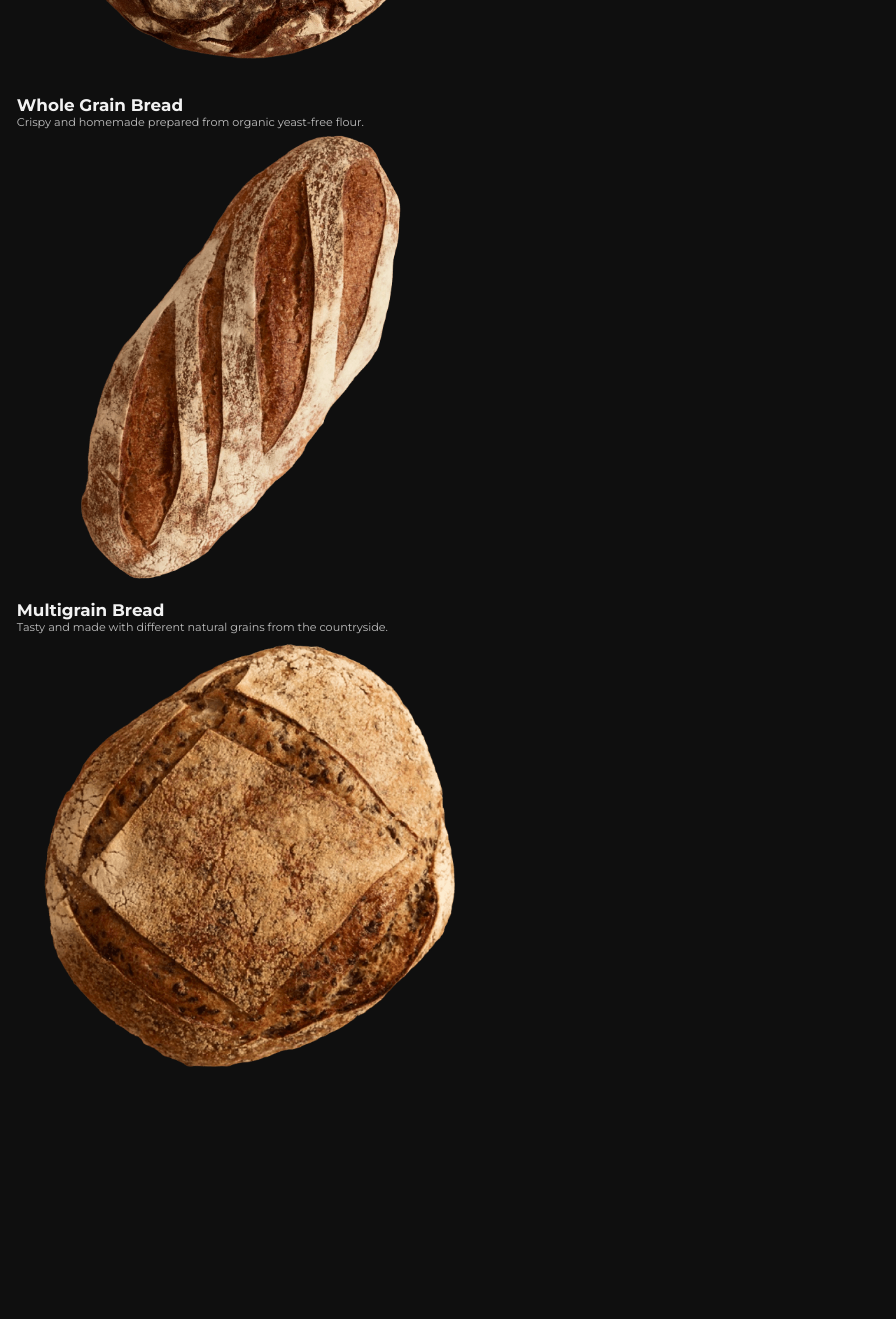
Repository: KinD2704/Web-University
Page: Buổi 8/B8/index.html
The author's editor kept a copy of each file at every save. The page is drawn from the files as they stood at one save, then again after the next save.
The browser window is 1280 px wide. The pictures show the part of the page from y = 1748 to 3668 px (the page is 3632 px tall before and 3668 px after), at 70% of full size.
Some web libraries are served in a nearby version.

Above is the page before, as saved 2024-01-30 10:14:58.

After the next save:
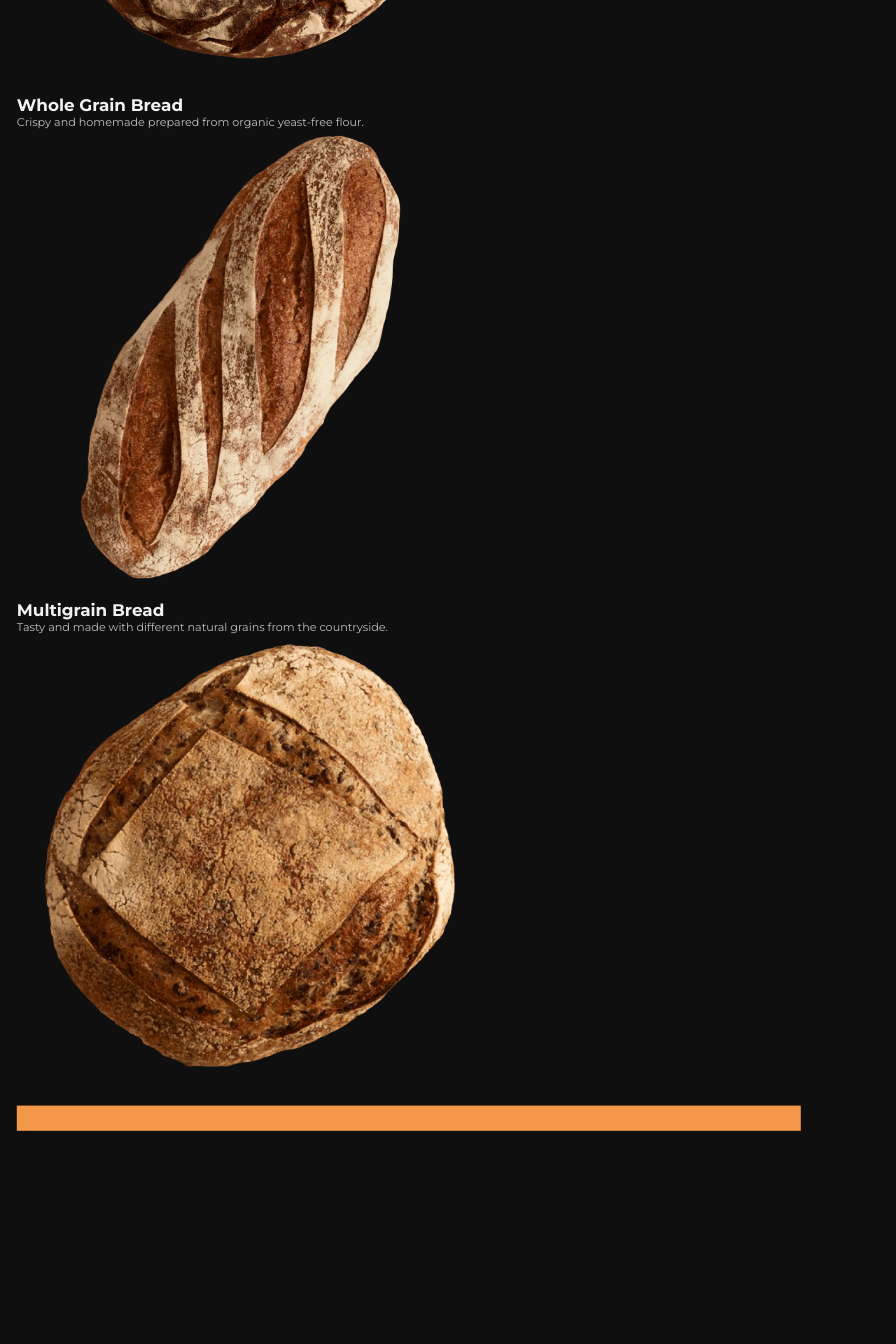
Saved 9 s later.
--- a/Buổi 8/B8/index.html
+++ b/Buổi 8/B8/index.html
@@ -188,7 +188,7 @@
                         </article>
                     </div>
 
-                    <a href="#" class=""></a>
+                    <a href="#" class="new__button button"></a>
                 </div>
             </section>
 
